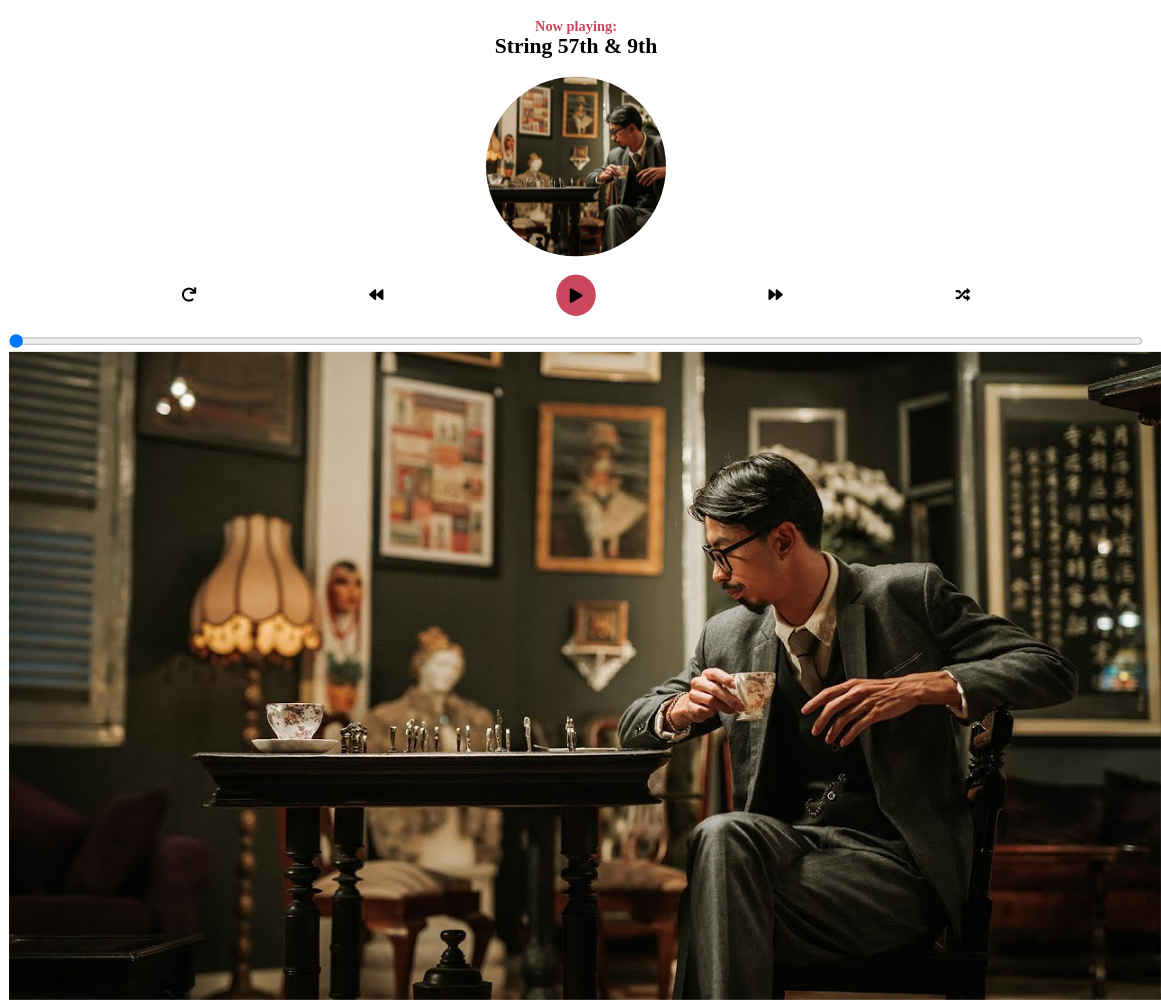
Repository: dovanthao2404/AppMusicPlayer
Page: index.html
The author's editor kept a copy of each file at every save. The page is drawn from the files as they stood at one save, then again after the next save.
The browser window is 1280 px wide. The page is 1290 px wide, so the pictures cover 1290 px, including what lies to the right of the window. The pictures show the whole page, at 90% of full size.

Above is the page before, as saved 2021-06-28 02:20:08.

After the next save:
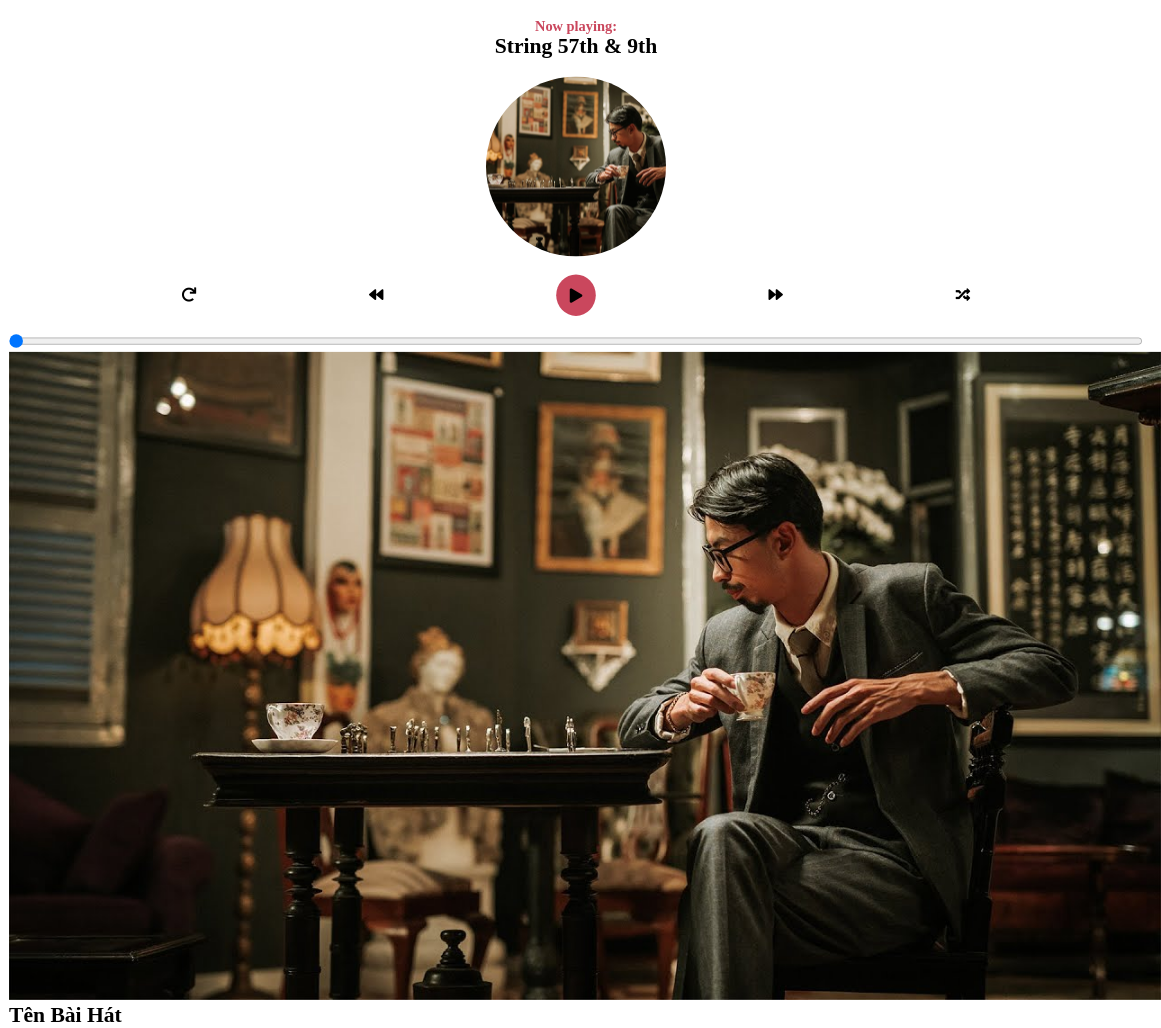
Saved 24 s later.
--- a/index.html
+++ b/index.html
@@ -60,6 +60,7 @@
       <div class="playlist">
         <div class="song">
           <img src="./img/loinho.jpg" alt="">
+          <h2>Tên Bài Hát</h2>
         </div>
       </div>
     </div>
